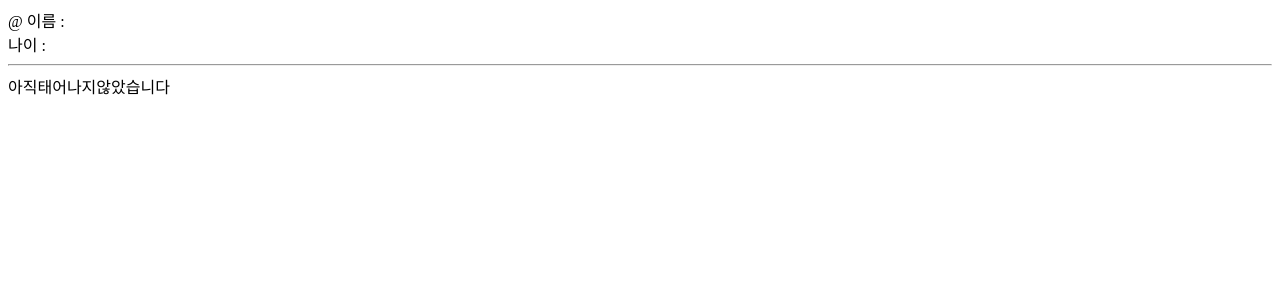
Repository: doridori890130/JSP
Page: http://localhost/jstl_study/step5-action.jsp
The author's editor kept a copy of each file at every save. The page is drawn from the files as they stood at one save, then again after the next save.
The browser window is 1280 px wide. The pictures show the whole page.
The page is served by Tomcat 9.

Above is the page before, as saved 2023-05-10 00:53:12.

After the next save:
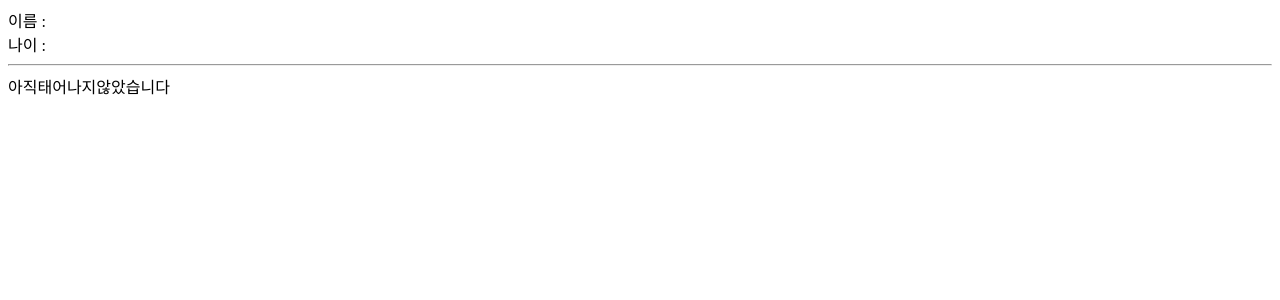
Saved 12 s later.
--- a/jstl_project/jstl_study/src/main/webapp/step5-action.jsp
+++ b/jstl_project/jstl_study/src/main/webapp/step5-action.jsp
@@ -1,6 +1,6 @@
 <%@ page language="java" contentType="text/html; charset=UTF-8"
     pageEncoding="UTF-8"%>
-    @<%@ taglib uri="http://java.sun.com/jsp/jstl/core" prefix="c" %>
+<%@ taglib uri="http://java.sun.com/jsp/jstl/core" prefix="c" %>
 <!DOCTYPE html>
 <html>
 <head>
